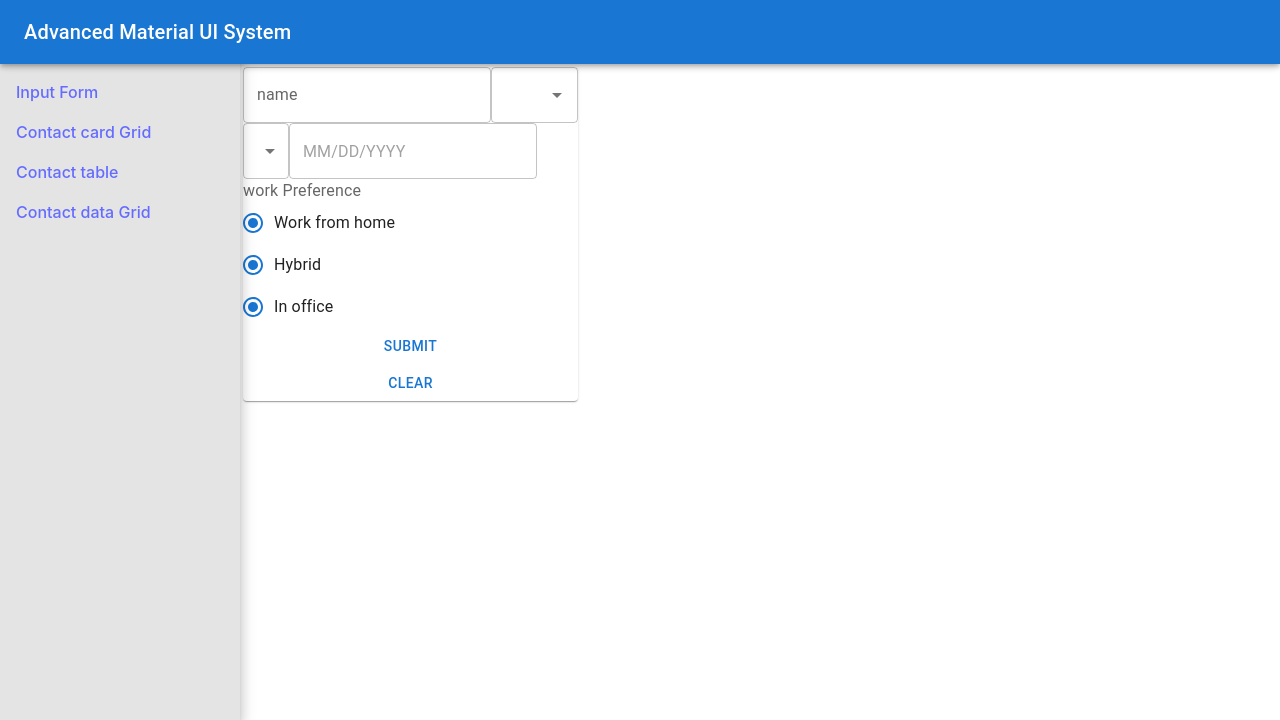
Repository: knowledgeAlan/react-mui
Page: /
The author's editor kept a copy of each file at every save. The page is drawn from the files as they stood at one save, then again after a run of saves.
The browser window is 1280 px wide. The pictures show the whole page.
The project was rebuilt for these pictures with package versions that can differ from the ones it lists, and the page was loaded fresh each time. Also part of the build but not shown: vite.config.ts, src/components/grid/ContactCardGrid.tsx, src/components/DataGrid/ContactDataGrid.tsx, src/components/table/ContactTable.tsx.

Above is the page before, as saved 2025-01-22 18:11:32.

After the next 3 saves:
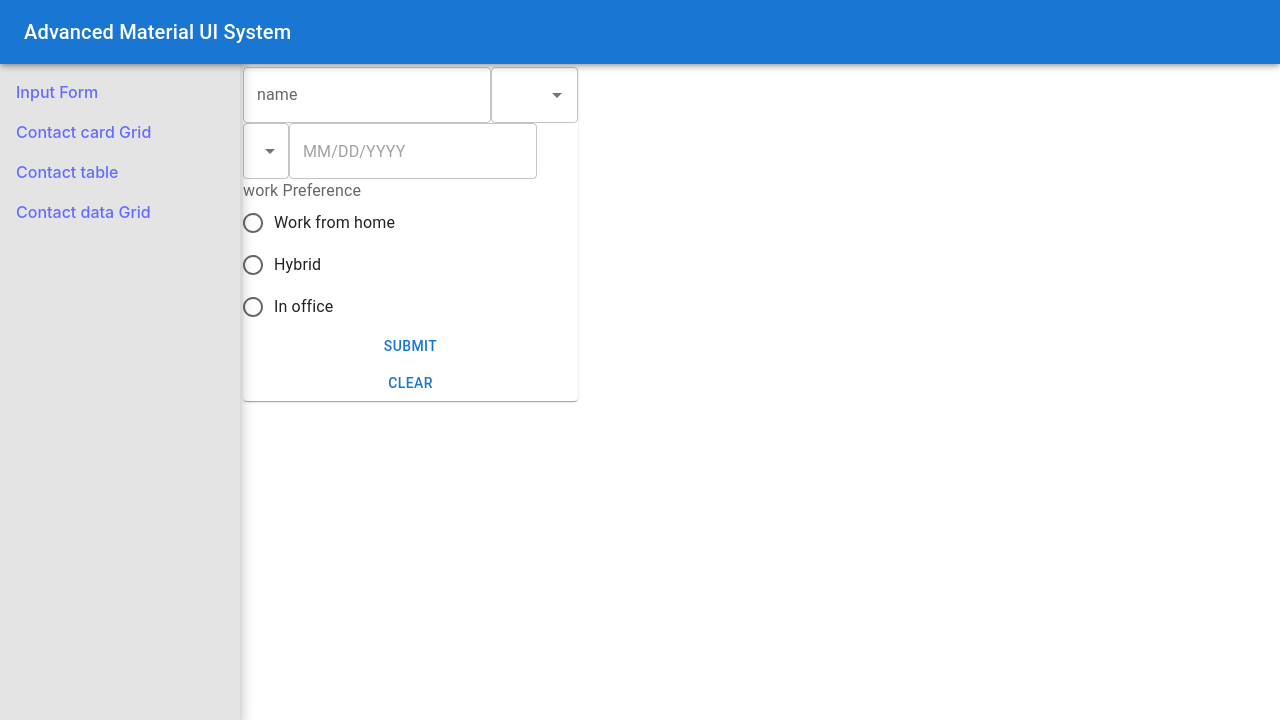
The 3 saves are shown as one change because 1 did not build or start and some came seconds apart.
The last was saved 38 s later.
--- a/src/components/Form/ContactForm.tsx
+++ b/src/components/Form/ContactForm.tsx
@@ -70,7 +70,7 @@
                         <RadioGroup
                             id="Peference-type-radio"
                             name="preference"
-
+                            value=""
                         >
                             <FormControlLabel
                                 control={<Radio/>}

After the 4 saves that followed:
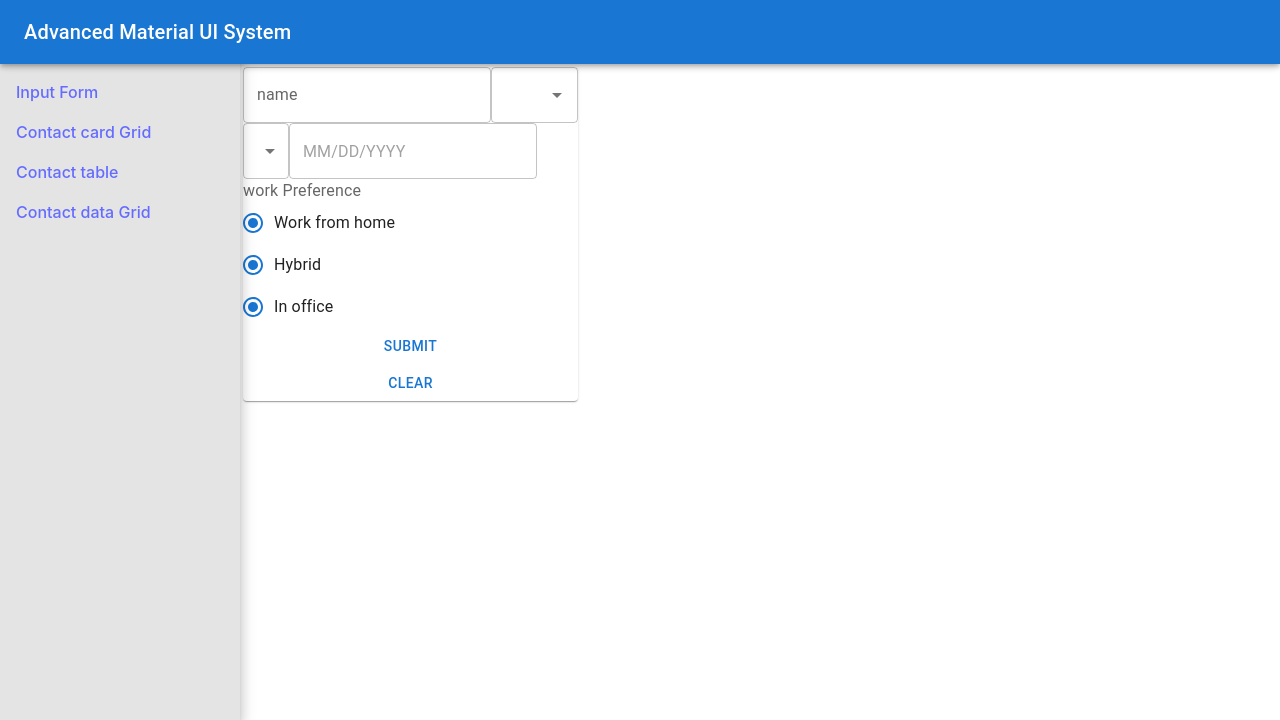
The 4 saves are shown as one change because they came seconds apart.
The last was saved 14 s later.
--- a/src/components/Form/ContactForm.tsx
+++ b/src/components/Form/ContactForm.tsx
@@ -70,20 +70,23 @@
                         <RadioGroup
                             id="Peference-type-radio"
                             name="preference"
-                            value=""
+                            value="Work from home"
                         >
                             <FormControlLabel
                                 control={<Radio/>}
                                 label="Work from home"
+                                value="Work from home"
                             />
 
                             <FormControlLabel
                                 control={<Radio/>}
                                 label="Hybrid"
+                                value="Work from home"
                             />
                              <FormControlLabel
                                 control={<Radio/>}
                                 label="In office"
+                                value="Work from home"
                             />
                         </RadioGroup>
                     </FormGroup>
